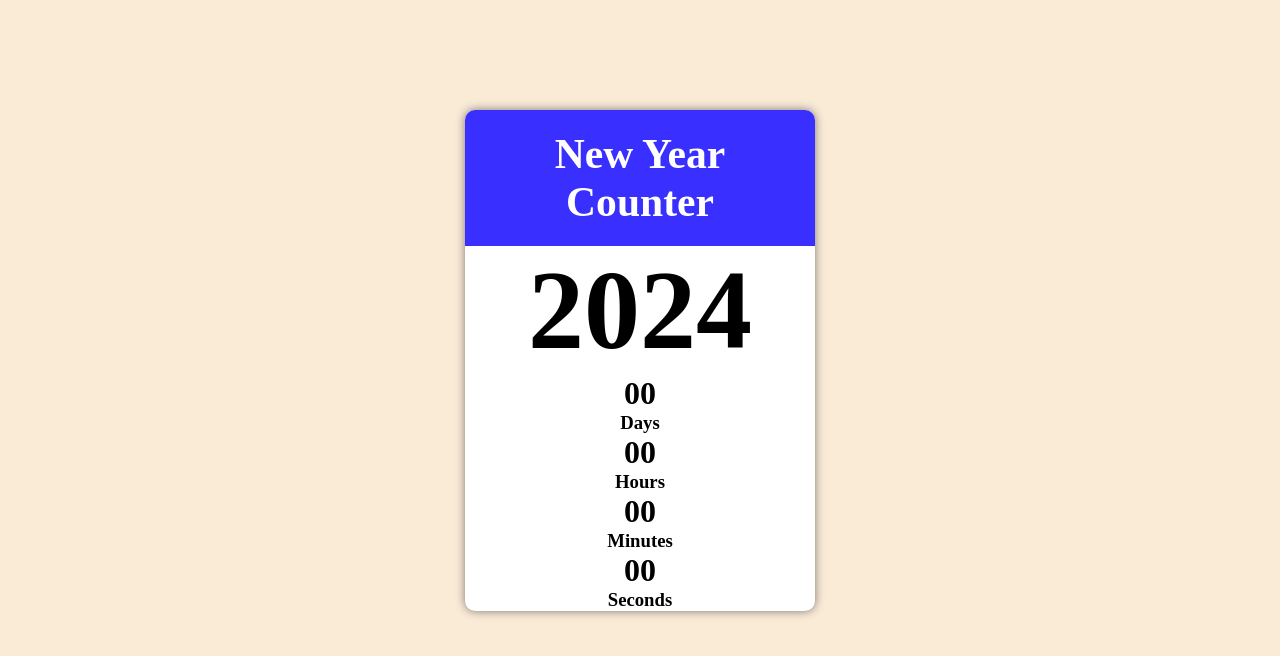
Repository: JunaidAnsari202/New-Year-counter
Page: index.html
These files come from the project's save history. The page is drawn as it stood at one moment and after the next save; the edit follows.
The browser window is 1280 px wide. The pictures show the whole page.

Above is the page before, as saved 2024-11-13 15:28:54.
Console error: SyntaxError: Unexpected end of input

### index.html
<!DOCTYPE html>
<html lang="en">
<head>
    <meta charset="UTF-8">
    <meta name="viewport" content="width=device-width, initial-scale=1.0">
    <title>New Year Counter</title>
    <link rel="stylesheet" href="style.css">

</head>
<body>
    <div class="container">
        <div class="header">
            <h1>New Year Counter</h1>
        </div>
        <div class="next-year">
            <h1 id="next-year">2024</h1>
        </div>

        <div class="counter">
           <div class="days">
            <h1 id="days">00</h1>
            <h3>Days</h3>
           </div>

           <div class="hours">
            <h1 id="hours">00</h1>
            <h3>Hours</h3>
           </div>

           <div class="minutes">
            <h1 id="minutes">00</h1>
            <h3>Minutes</h3>
           </div>

           <div class="seconds">
            <h1 id="seconds">00</h1>
            <h3>Seconds</h3>
           </div>
        </div>
    </div>

    <script src="script.js"></script>
</body>
</html>

### style.css
*{
    margin: 0;
    padding: 0;
    box-sizing: border-box;
}

body{
    background-color: antiquewhite;
    display: flex;
    justify-content: center;
    align-items: center;
    height: 100vh;
}

.container{
    background-color: white;
    width: 350px;
    border-radius: 10px;
    text-align: center;
    box-shadow:0 0 10px 0 rgba(0 , 0, 0, 0.5) ;
}

.header{
    background-color: rgb(57, 47, 255);
    padding: 20px;
    border-top-left-radius: 10px;
    border-top-right-radius: 10px;
    color: white;
    font-size: 1.3rem;
}

.next-year{
    font-size:3.5rem ;
    font-weight: bold;
    color: ;
}

Loaded but not shown: script.js (common file)

After the next save:
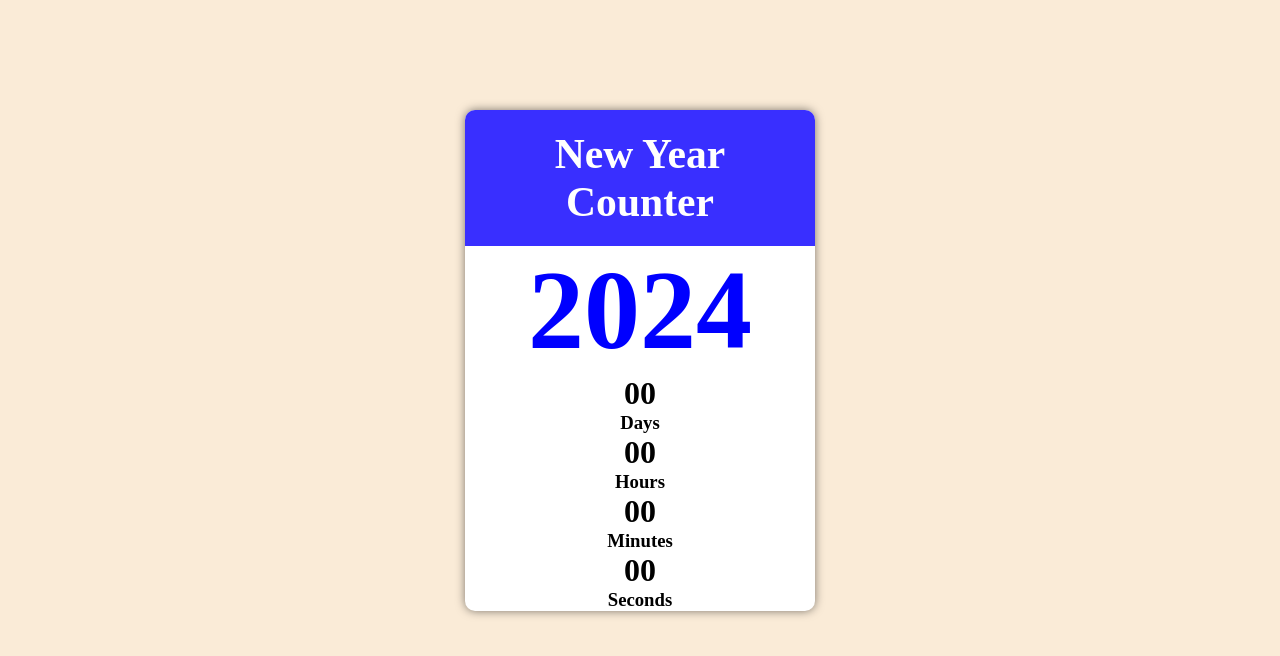
Saved 9 s later.
--- a/style.css
+++ b/style.css
@@ -32,5 +32,5 @@ body{
 .next-year{
     font-size:3.5rem ;
     font-weight: bold;
-    color: ;
+    color: blue;
 }
